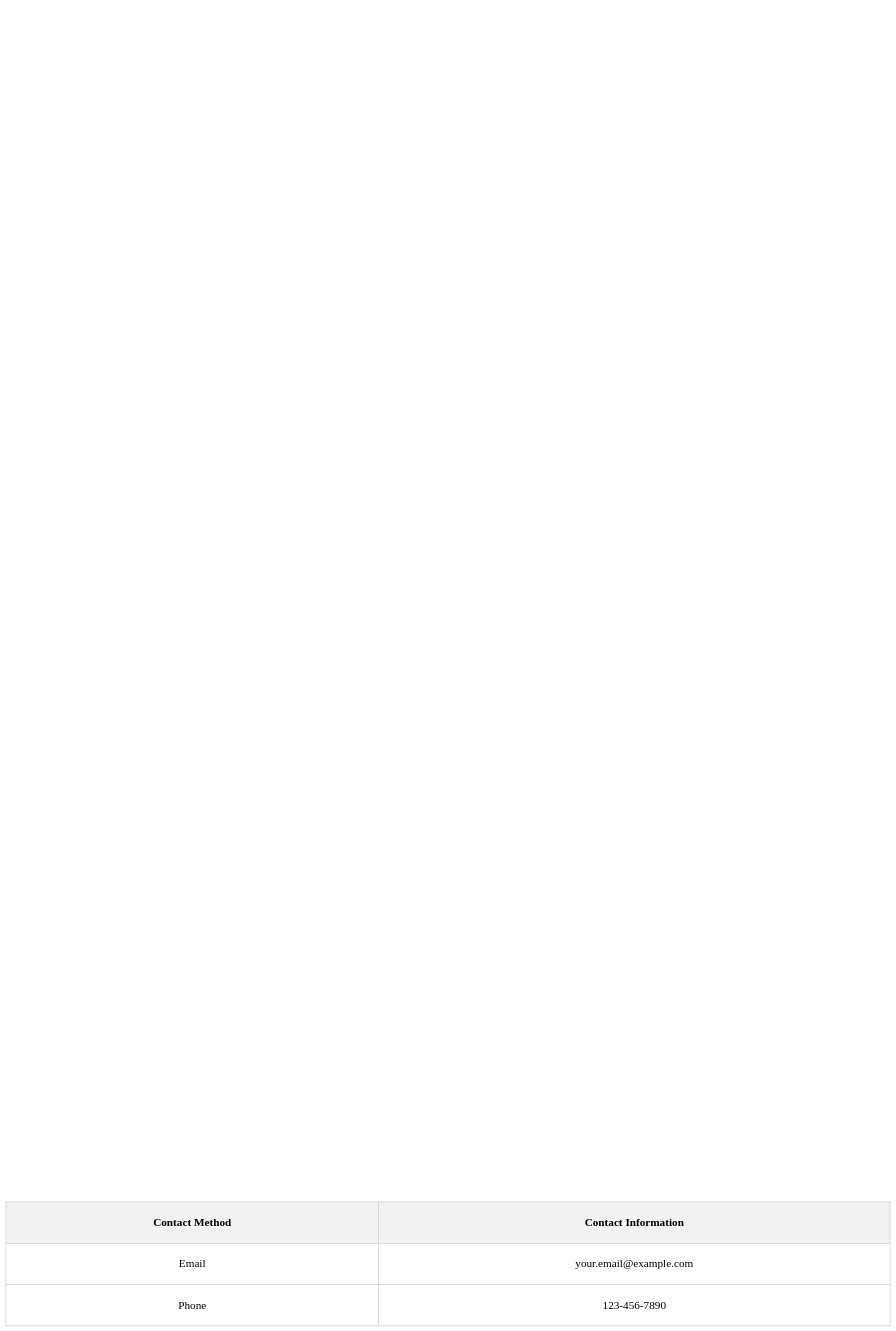
Repository: tianjiewang2022/tianjiewang2022.github.io
Page: index.html
These files come from the project's save history. The page is drawn as it stood at one moment and after the next save; the edit follows.
The browser window is 1280 px wide. The pictures show the part of the page from y = 832 to 2752 px (the page is 2734 px tall before and 2752 px after), at 70% of full size.

Above is the page before, as saved 2023-10-02 00:09:22.

### index.html
<!DOCTYPE html>
<html lang="en">

    <head>
        <meta charset="UTF-8">
        <meta name="viewport" content="width=device-width, initial-scale=1.0">
        <title>Sally's Webpage</title>
        <style>
            body {
                padding-top: 100px;
            }

            header {
                background-color: #3498db;
                /* Choose your header color */
                color: white;
                position: fixed;
                top: 0;
                height: 15%;
                left: 5%;
                right: 5%;
                display: flex;
                align-items: center;
                justify-content: center;
                z-index: 100;
                font-size: 40px;
            }

            .container {
                padding: 10px;
                display: flex;
                flex-wrap: wrap;
                justify-content: space-between;
                padding-left: 10%;
                padding-right: 10%;
            }

            .box {
                width: calc(33.33% - 20px);
                height: 100px;
                background-color: #ccc;
                /* Default background color */
                /* Add margin between boxes */
                background-color: #ccc;
                /* Default background color */
                text-align: center;
                display: flex;
                align-items: center;
                justify-content: center;
            }

            .blue {
                background-color: rgb(0, 255, 213);
            }

            .green {
                background-color: rgb(106, 255, 0);
            }

            .purple {
                background-color: rgb(225, 136, 247);
            }

            table {
                width: 100%;
                border-collapse: collapse;
                margin-top: 20px;
                left: 5%;
                right: 5%;
            }

            th,
            td {
                border: 1px solid #ccc;
                padding: 20px;
                text-align: center;
            }

            th {
                background-color: #f2f2f2;
            }
        </style>
    </head>

    <body>
        <header>
            Sally Wang
        </header>

        <div class="container" id="box-container"></div>

        <script>
            // Function to create a box element with the specified color
            function createBox(color) {
                const box = document.createElement("div");
                box.classList.add("box", color);
                return box;
            }

            // Get the container element
            const container = document.getElementById("box-container");

            // Create 100 rows of boxes
            for (let i = 0; i < 100; i++) {
                const row = document.createElement("span");
                row.classList.add("container");
                // Add three boxes to each row with different colors
                row.appendChild(createBox("blue"));
                row.appendChild(createBox("green"));
                row.appendChild(createBox("purple"));
                // Append the row to the main container
                container.appendChild(row);
            }
        </script>
    </body>
    <table>
        <thead>
            <tr>
                <th>Contact Method</th>
                <th>Contact Information</th>
            </tr>
        </thead>
        <tbody>
            <tr>
                <td>Email</td>
                <td>your.email@example.com</td>
            </tr>
            <tr>
                <td>Phone</td>
                <td>123-456-7890</td>
            </tr>
            <!-- Add more rows with contact information as needed -->
        </tbody>
    </table>

</html>

After the next save:
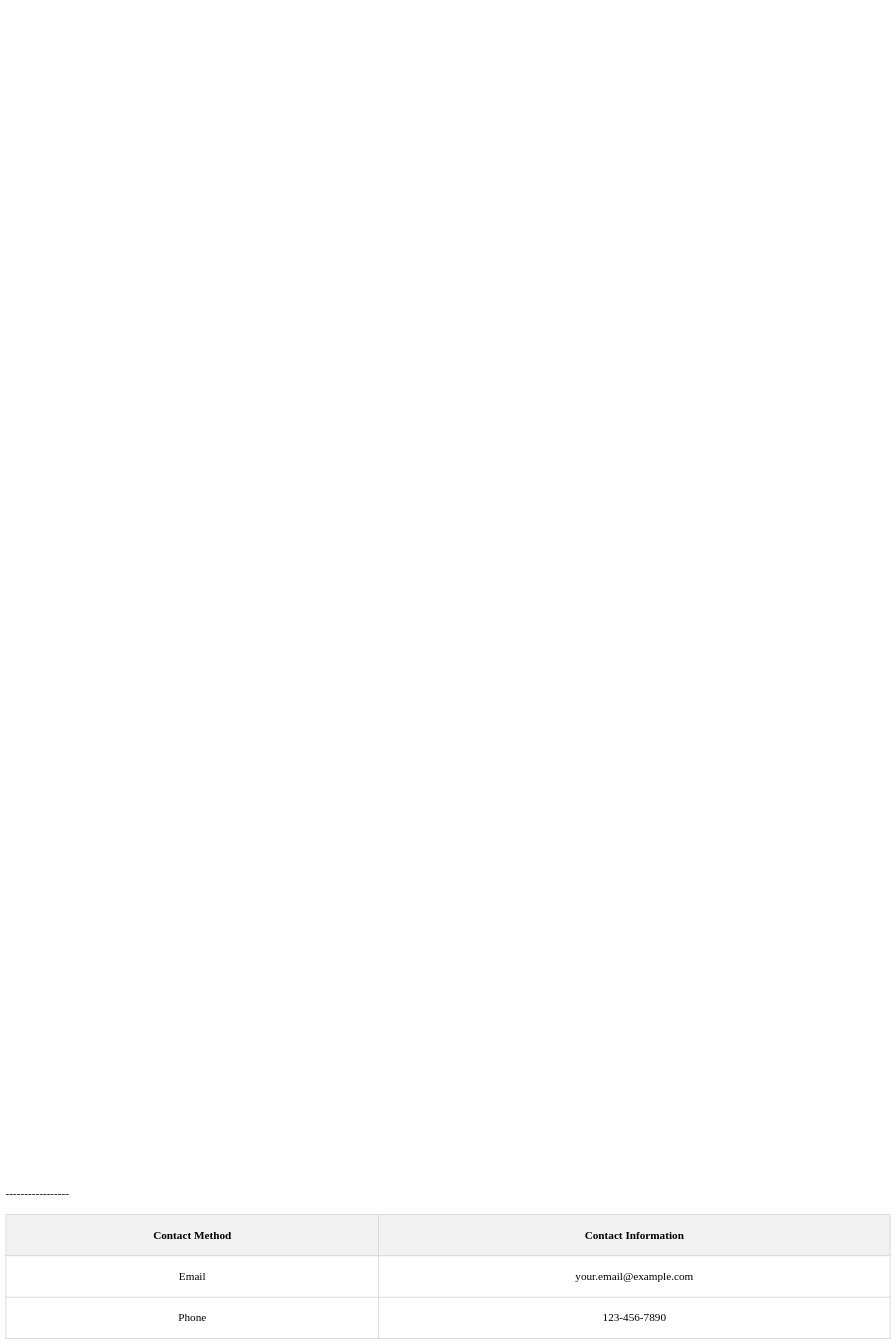
Saved 2 min 1 s later.
--- a/index.html
+++ b/index.html
@@ -113,6 +113,7 @@
             }
         </script>
     </body>
+    <div>-----------------</div>
     <table>
         <thead>
             <tr>
